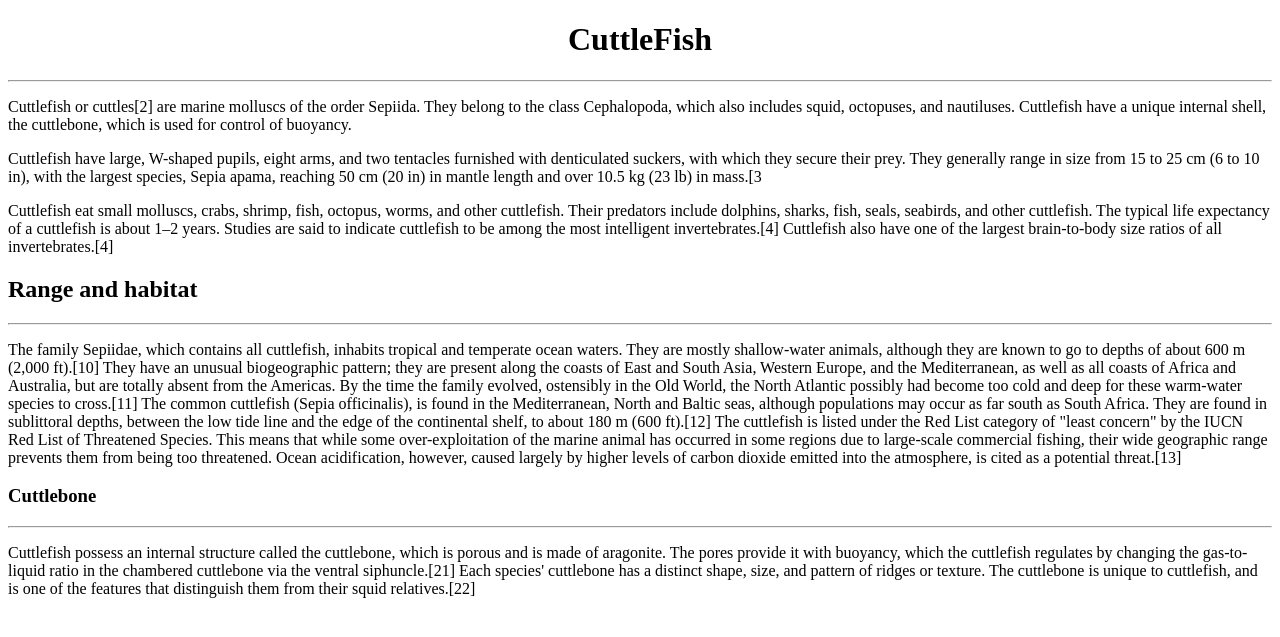
Repository: zhFIsHappy/UdemyFullStack
Page: CSS Text Properties.html
An editor plug-in stored every save of this project. The page is shown before and after the next save, followed by the edit.
The browser window is 1280 px wide. The pictures show the whole page.

Above is the page before, as saved 2021-12-31 19:08:14.

### CSS Text Properties.html
<!DOCTYPE html>
<html lang="en">
<head>
    <meta charset="UTF-8">
    <meta http-equiv="X-UA-Compatible" content="IE=edge">
    <meta name="viewport" content="width=device-width, initial-scale=1.0">
    <title>CSS Text Properties</title>
    <link rel = "stylesheet" href="apt.css">
</head>
<body>
    <h1>CuttleFish</h1>
    <hr>
    <p>
        Cuttlefish or cuttles[2] are marine molluscs of the order Sepiida. They belong to the class Cephalopoda, which also
        includes squid, octopuses, and nautiluses. Cuttlefish have a unique internal shell, the cuttlebone, which is used for
        control of buoyancy.
    </p>
    <p>
        Cuttlefish have large, W-shaped pupils, eight arms, and two tentacles furnished with denticulated suckers, with which
        they secure their prey. They generally range in size from 15 to 25 cm (6 to 10 in), with the largest species, Sepia
        apama, reaching 50 cm (20 in) in mantle length and over 10.5 kg (23 lb) in mass.[3
    </p>
    <p>
        Cuttlefish eat small molluscs, crabs, shrimp, fish, octopus, worms, and other cuttlefish. Their predators include
        dolphins, sharks, fish, seals, seabirds, and other cuttlefish. The typical life expectancy of a cuttlefish is about 1–2
        years. Studies are said to indicate cuttlefish to be among the most intelligent invertebrates.[4] Cuttlefish also have
        one of the largest brain-to-body size ratios of all invertebrates.[4]
    </p>
    <h2>Range and habitat</h2>
    <hr>
    <p>
        The family Sepiidae, which contains all cuttlefish, inhabits tropical and temperate ocean waters. They are mostly
        shallow-water animals, although they are known to go to depths of about 600 m (2,000 ft).[10] They have an unusual
        biogeographic pattern; they are present along the coasts of East and South Asia, Western Europe, and the Mediterranean,
        as well as all coasts of Africa and Australia, but are totally absent from the Americas. By the time the family evolved,
        ostensibly in the Old World, the North Atlantic possibly had become too cold and deep for these warm-water species to
        cross.[11] The common cuttlefish (Sepia officinalis), is found in the Mediterranean, North and Baltic seas, although
        populations may occur as far south as South Africa. They are found in sublittoral depths, between the low tide line and
        the edge of the continental shelf, to about 180 m (600 ft).[12] The cuttlefish is listed under the Red List category of
        "least concern" by the IUCN Red List of Threatened Species. This means that while some over-exploitation of the marine
        animal has occurred in some regions due to large-scale commercial fishing, their wide geographic range prevents them
        from being too threatened. Ocean acidification, however, caused largely by higher levels of carbon dioxide emitted into
        the atmosphere, is cited as a potential threat.[13]

    </p>
    <h3>Cuttlebone</h3>
    <hr>
    <p>
        Cuttlefish possess an internal structure called the cuttlebone, which is porous and is made of aragonite. The pores
        provide it with buoyancy, which the cuttlefish regulates by changing the gas-to-liquid ratio in the chambered cuttlebone
        via the ventral siphuncle.[21] Each species' cuttlebone has a distinct shape, size, and pattern of ridges or texture.
        The cuttlebone is unique to cuttlefish, and is one of the features that distinguish them from their squid relatives.[22]
    </p>
</body>
</html>

### apt.css
h1{
    text-align: center;
}
p {
    text
}

After the next save:
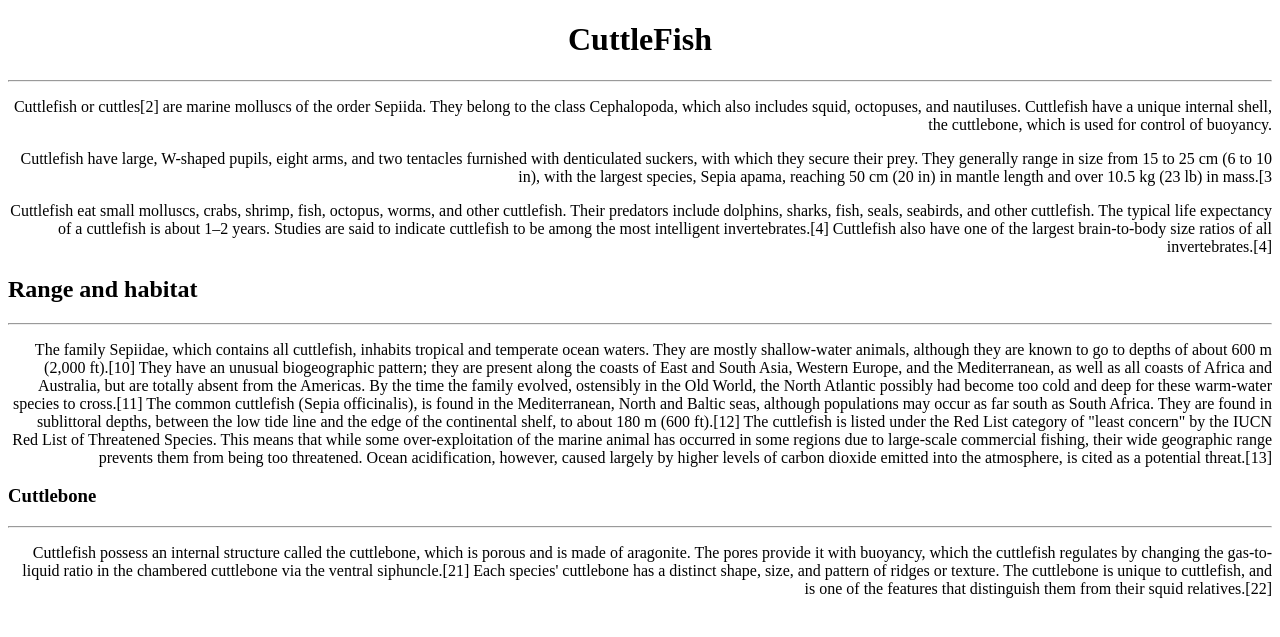
Saved 11 s later.
--- a/apt.css
+++ b/apt.css
@@ -2,5 +2,5 @@ h1{
     text-align: center;
 }
 p {
-    text
+    text-align:right;
 }
